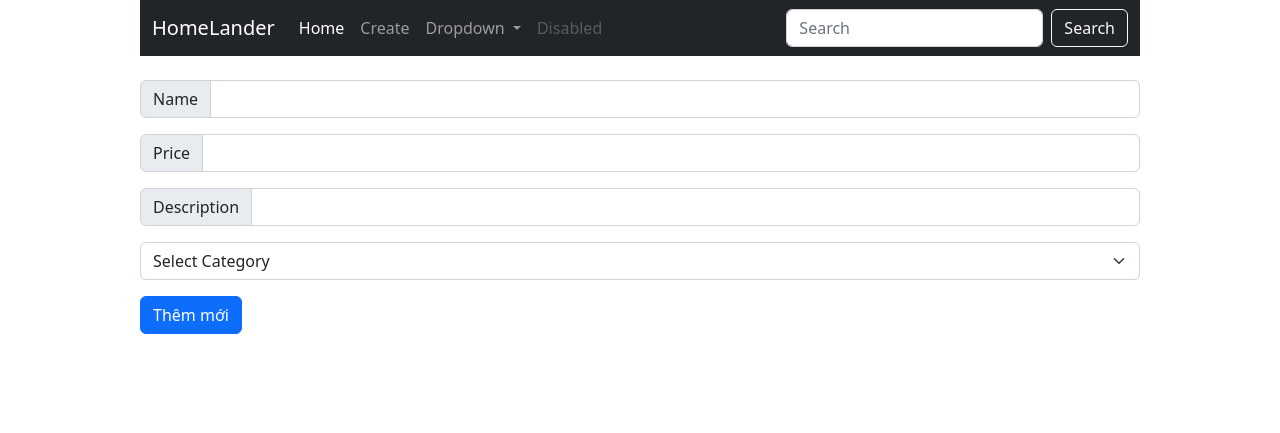
Repository: nguyenhung50497/MD3_CRUD-2Table
Page: src/views/create.html
An editor plug-in stored every save of this project. The page is shown before and after a run of saves, followed by the edit.
The browser window is 1280 px wide. The pictures show the whole page.

Above is the page before, as saved 2022-12-29 08:26:40.

### src/views/create.html
<!doctype html>
<html lang="en">
  <head>
    <meta charset="utf-8">
    <meta name="viewport" content="width=device-width, initial-scale=1">
    <title>Home</title>
    <link href="https://cdn.jsdelivr.net/npm/bootstrap@5.2.3/dist/css/bootstrap.min.css" rel="stylesheet" integrity="sha384-rbsA2VBKQhggwzxH7pPCaAqO46MgnOM80zW1RWuH61DGLwZJEdK2Kadq2F9CUG65" crossorigin="anonymous">
  </head>
  <body>
    <div class="container" style="width: 80%;">
      <nav class="navbar navbar-dark bg-dark navbar-expand-lg">
        <div class="container-fluid">
          <a class="navbar-brand" href="/home">HomeLander</a>
          <button class="navbar-toggler" type="button" data-bs-toggle="collapse" data-bs-target="#navbarSupportedContent" aria-controls="navbarSupportedContent" aria-expanded="false" aria-label="Toggle navigation">
            <span class="navbar-toggler-icon"></span>
          </button>
          <div class="collapse navbar-collapse" id="navbarSupportedContent">
            <ul class="navbar-nav me-auto mb-2 mb-lg-0">
              <li class="nav-item">
                <a class="nav-link active" aria-current="page" href="/home">Home</a>
              </li>
              <li class="nav-item">
                <a class="nav-link" href="/create">Create</a>
              </li>
              <li class="nav-item dropdown">
                <a class="nav-link dropdown-toggle" href="#" role="button" data-bs-toggle="dropdown" aria-expanded="false">
                  Dropdown
                </a>
                <ul class="dropdown-menu">
                  <li><a class="dropdown-item" href="#">Action</a></li>
                  <li><a class="dropdown-item" href="#">Another action</a></li>
                  <li><hr class="dropdown-divider"></li>
                  <li><a class="dropdown-item" href="#">Something else here</a></li>
                </ul>
              </li>
              <li class="nav-item">
                <a class="nav-link disabled">Disabled</a>
              </li>
            </ul>
            <form class="d-flex" role="search" method="post">
              <input class="form-control me-2" name="search" type="search" placeholder="Search" aria-label="Search">
              <button class="btn btn-outline-light" type="submit">Search</button>
            </form>
          </div>
        </div>
      </nav>
      <br>
      <form action="/create" method="post">
        <div class="input-group mb-3">
          <span class="input-group-text" id="inputGroup-sizing-default">Name</span>
          <input type="text" name="name" class="form-control" aria-label="Sizing example input" aria-describedby="inputGroup-sizing-default">
        </div>
        <div class="input-group mb-3">
          <span class="input-group-text" id="inputGroup-sizing-default">Price</span>
          <input type="text" name="price" class="form-control" aria-label="Sizing example input" aria-describedby="inputGroup-sizing-default">
        </div>
        <div class="input-group mb-3">
          <span class="input-group-text" id="inputGroup-sizing-default">Description</span>
          <input type="text" name="description" class="form-control" aria-label="Sizing example input" aria-describedby="inputGroup-sizing-default">
        </div>
        <div class="input-group mb-3">
          <select class="form-select" name="idCategory" aria-label="Default select example">
            <option selected>Select Category</option>
            {categories}
          </select>
        </div>

        <button type="submit" class="btn btn-primary">Thêm mới</button>
    </form>
    </div>
    <script src="https://cdn.jsdelivr.net/npm/bootstrap@5.2.3/dist/js/bootstrap.bundle.min.js" integrity="sha384-kenU1KFdBIe4zVF0s0G1M5b4hcpxyD9F7jL+jjXkk+Q2h455rYXK/7HAuoJl+0I4" crossorigin="anonymous"></script>
  </body>
</html>

After the next 2 saves:
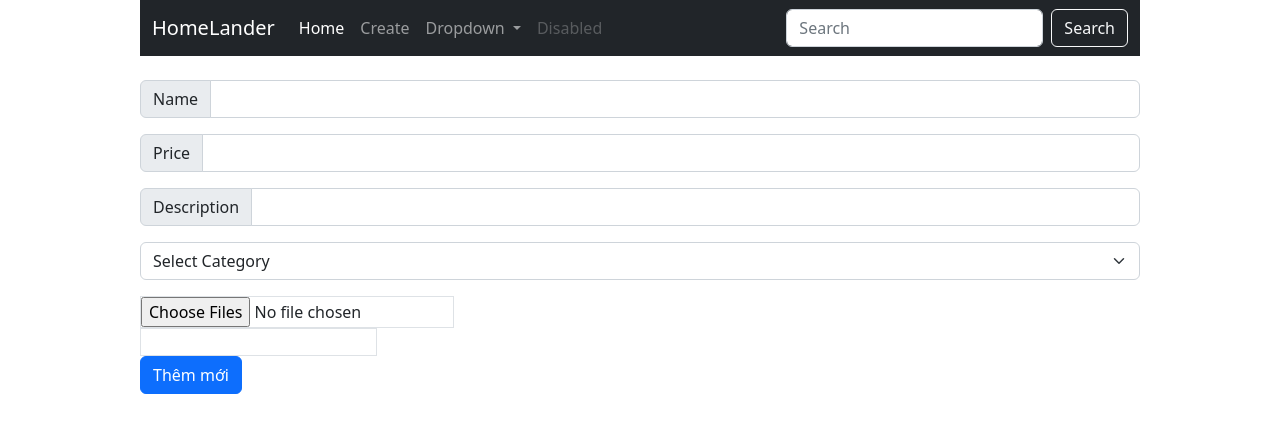
The 2 saves are shown as one change because they came seconds apart.
The last was saved 11 s later.
--- a/src/views/create.html
+++ b/src/views/create.html
@@ -64,7 +64,12 @@
             {categories}
           </select>
         </div>
-
+        <div class="form-group">
+          <input  type="file" name="multipleFiles" class="form-control-file border" multiple>
+        </div>
+        <div>
+          <input  type="text" name="name" class="form-control-file border" >
+      </div>
         <button type="submit" class="btn btn-primary">Thêm mới</button>
     </form>
     </div>
